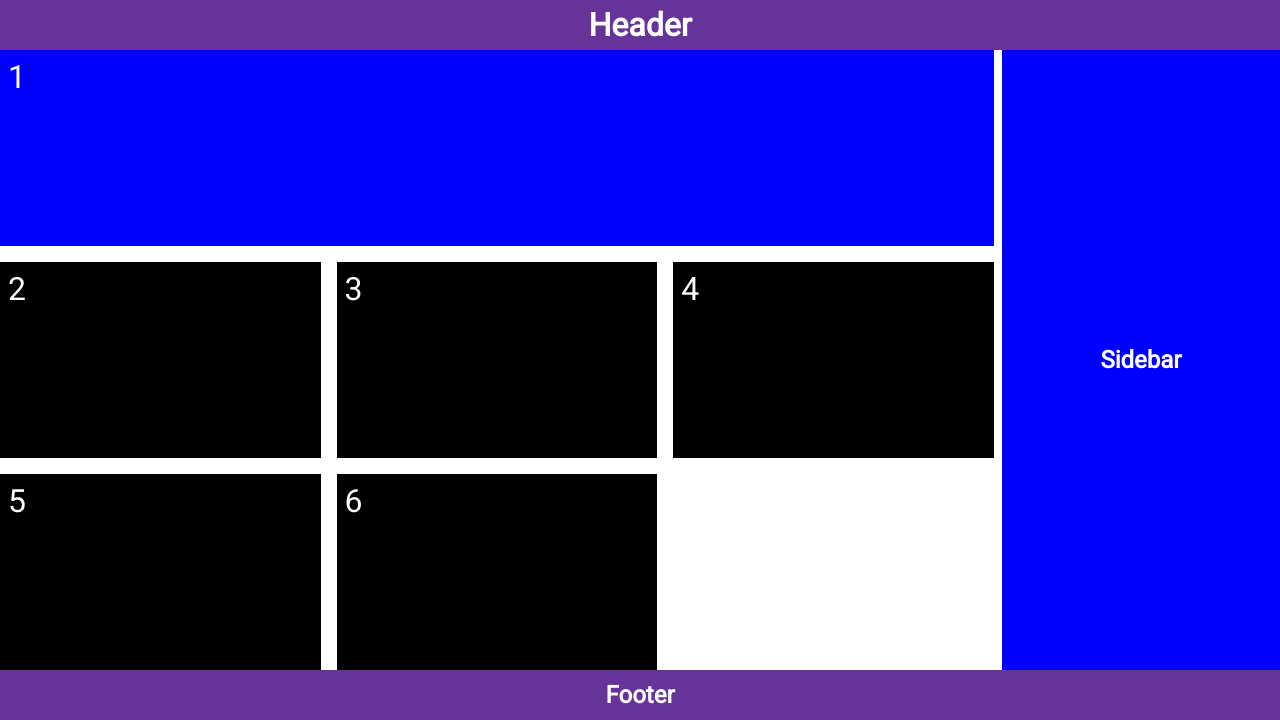
Repository: JavaProgrammerFromEastEurope/project-css-full-tutorial
Page: 15_lesson/index.html
An editor plug-in stored every save of this project. The page is shown before and after the next save, followed by the edit.
The browser window is 1280 px wide. The pictures show the whole page.

Above is the page before, as saved 2023-04-07 11:50:55.

After the next save:
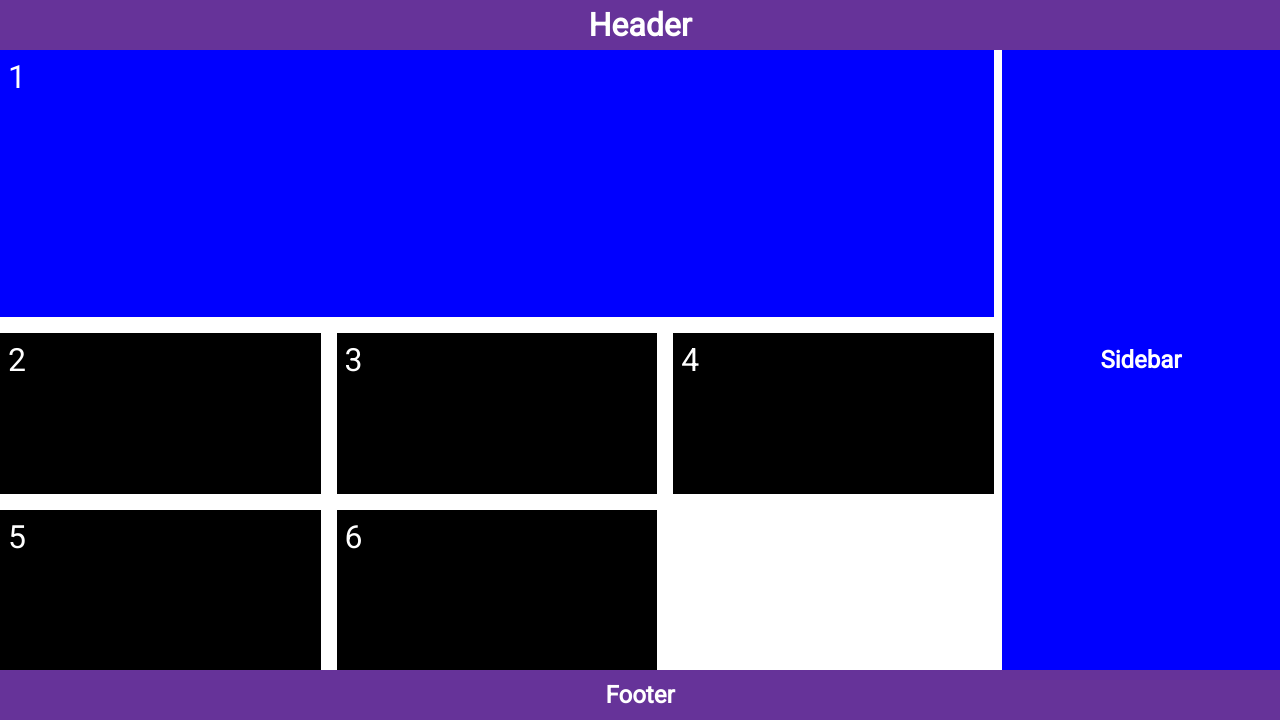
Saved 5 s later.
--- a/15_lesson/css/style.css
+++ b/15_lesson/css/style.css
@@ -59,5 +59,5 @@ body {
 .box:first-child {
 	background-color: #00f;
 	grid-column: 1 / 4;
-	grid
+	grid-row: 1 / 3
 }
